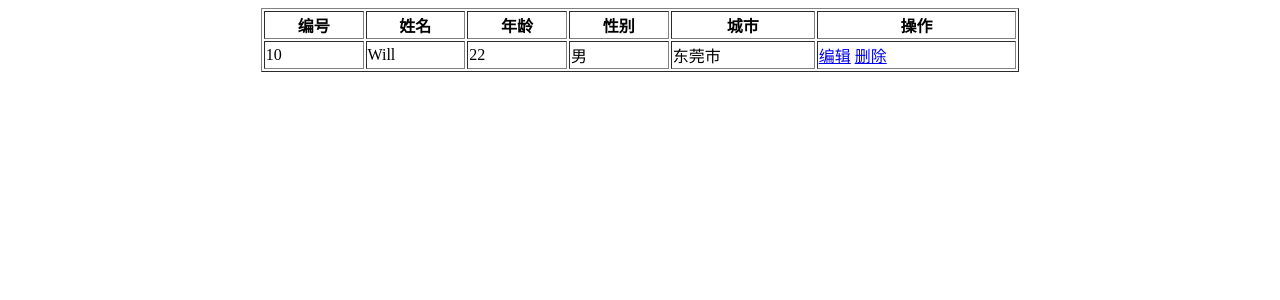
Repository: qyl1006/JavaApps
Page: workspace/html/WebContent/hello/list.html
An editor plug-in stored every save of this project. The page is shown before and after the next save, followed by the edit.
The browser window is 1280 px wide. The pictures show the whole page.

Above is the page before, as saved 2018-02-09 14:48:27.

After the next save:
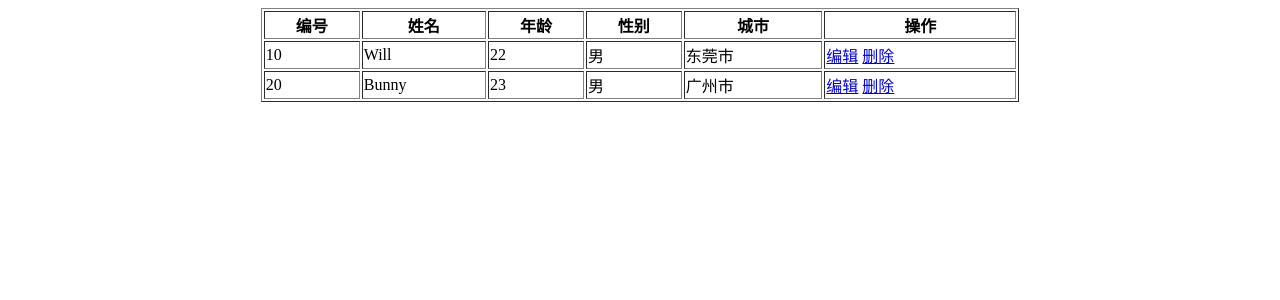
Saved 110 s later.
--- a/workspace/html/WebContent/hello/list.html
+++ b/workspace/html/WebContent/hello/list.html
@@ -25,6 +25,17 @@
 				<a href="#">删除</a>
 			</td>
 		</tr>
+		<tr>
+			<td>20</td>
+			<td>Bunny</td>
+			<td>23</td>
+			<td>男</td>
+			<td>广州市</td>
+			<td>
+				<a href="#">编辑</a>
+				<a href="#">删除</a>
+			</td>
+		</tr>
 	</table>
 </body>
 </html>
